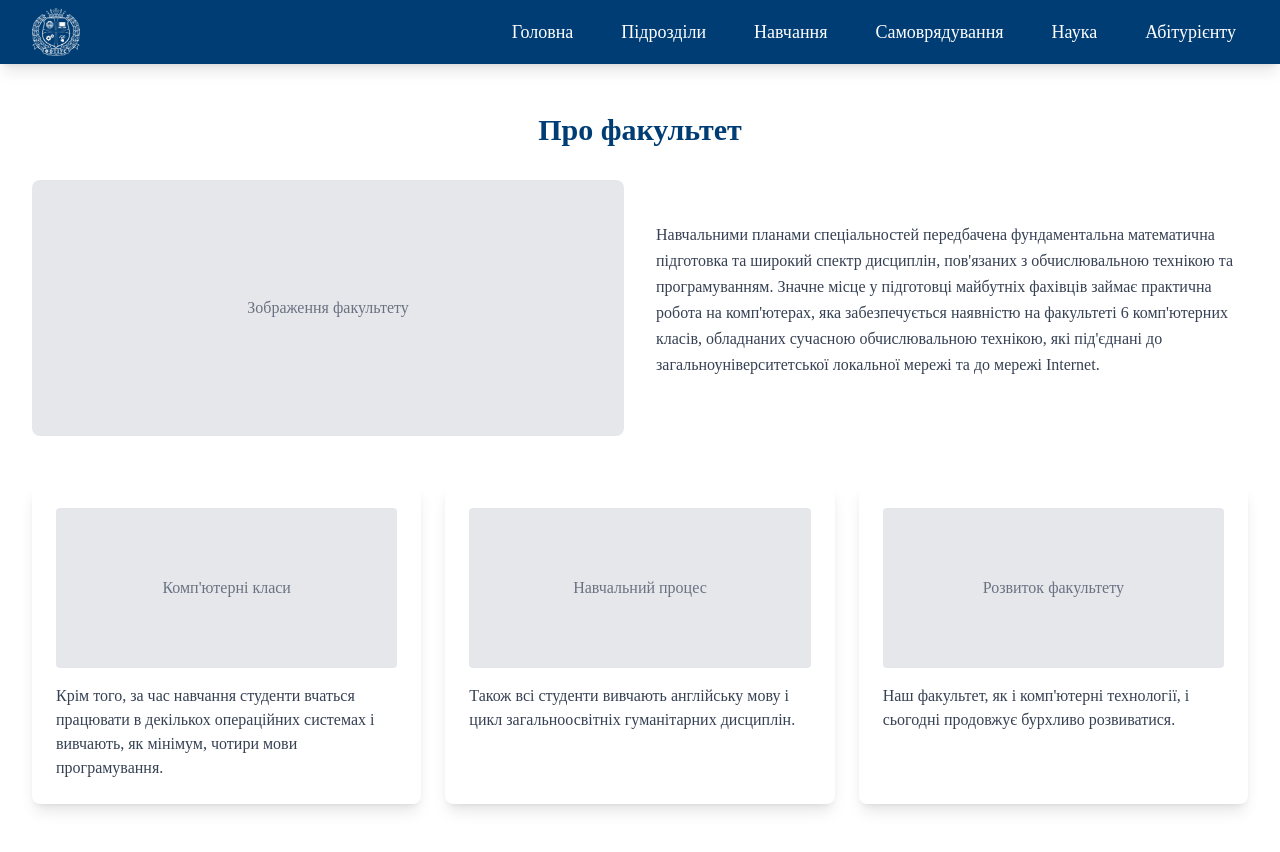
Repository: k-jdev/FOTIUS
Page: /
An editor plug-in stored every save of this project. The page is shown before and after the next save, followed by the edit.
The browser window is 1280 px wide. The pictures show the whole page.
The project was rebuilt for these pictures with package versions that can differ from the ones it lists, and the page was loaded fresh each time. Also part of the build but not shown: vite.config.js.

Above is the page before, as saved 2025-04-04 15:09:25.

After the next save:
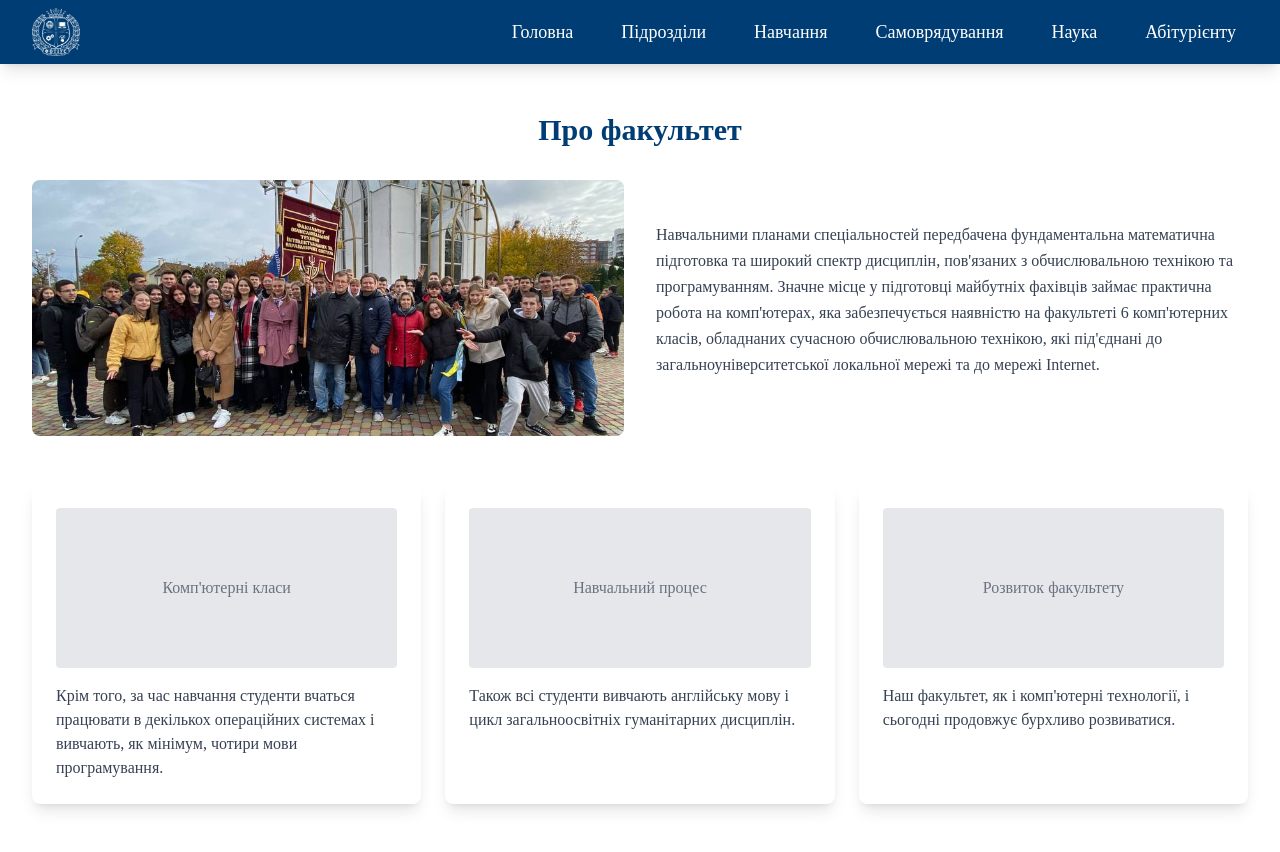
Saved 5 s later.
--- a/src/components/FacultyInfo.jsx
+++ b/src/components/FacultyInfo.jsx
@@ -32,7 +32,11 @@
             }`}
           >
             <div className="bg-gray-200 rounded-lg h-64 flex items-center justify-center">
-              <p className="text-gray-500">Зображення факультету</p>
+              <img
+                src={main_img}
+                alt="Факультет"
+                className="w-full h-full object-cover rounded-lg"
+              />
             </div>
           </div>
 
